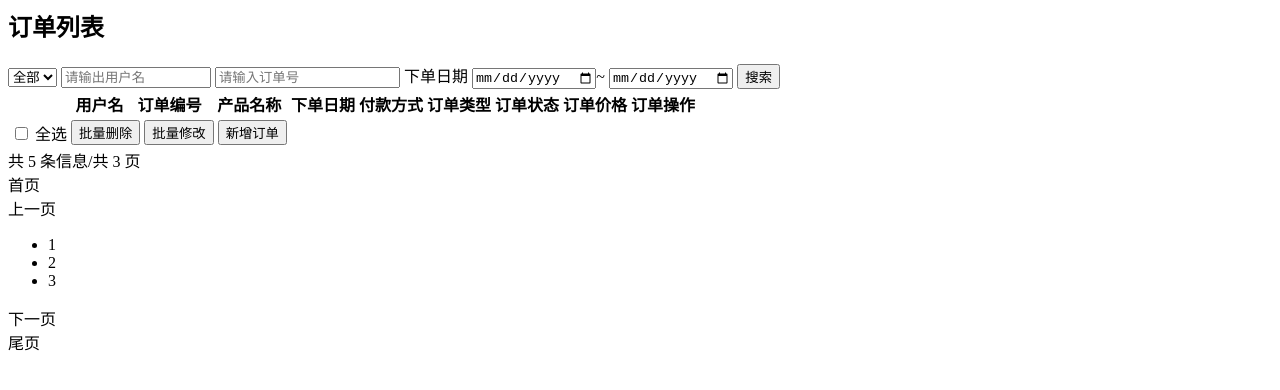
Repository: wangyan466393/racentSystem
Page: orderManagement.html
The author's editor kept a copy of each file at every save. The page is drawn from the files as they stood at one save, then again after the next save.
The browser window is 1280 px wide. The pictures show the whole page.

Above is the page before, as saved 2020-08-21 20:54:02.

After the next save:
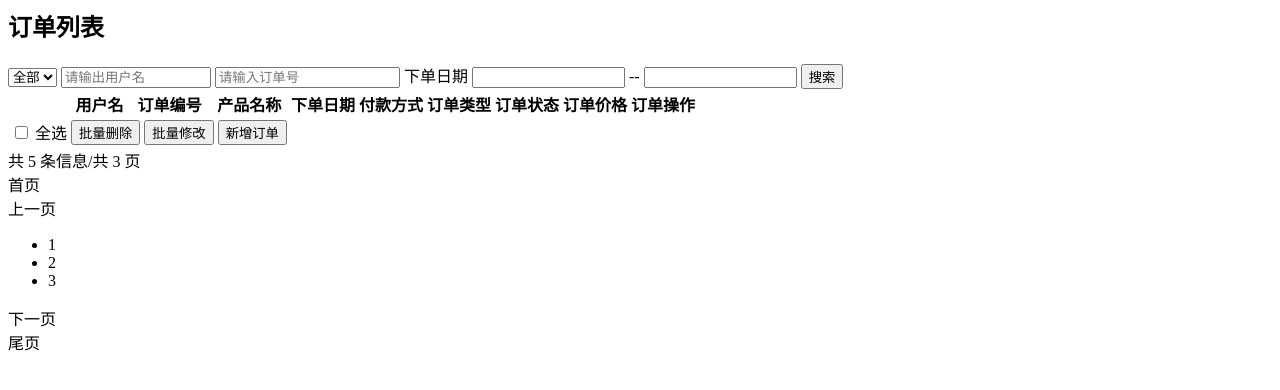
Saved 16 min 8 s later.
--- a/orderManagement.html
+++ b/orderManagement.html
@@ -16,8 +16,11 @@
                 </span>
                 <span>
                     下单日期
-                    <input type="date" value="付款日期"">~
-                    <input type="date" value="付款日期"">
+                    <!-- <input type="date" value="付款日期"">~
+                    <input type="date" value="付款日期""> -->
+                    <input size="16" type="text" id="datetimeStart" readonly class="form_datetime">
+--
+<input size="16" type="text" id="datetimeEnd" readonly class="form_datetime">
             </span>
             <span>
                 <button type=" button" id="order_search">搜索</button>
